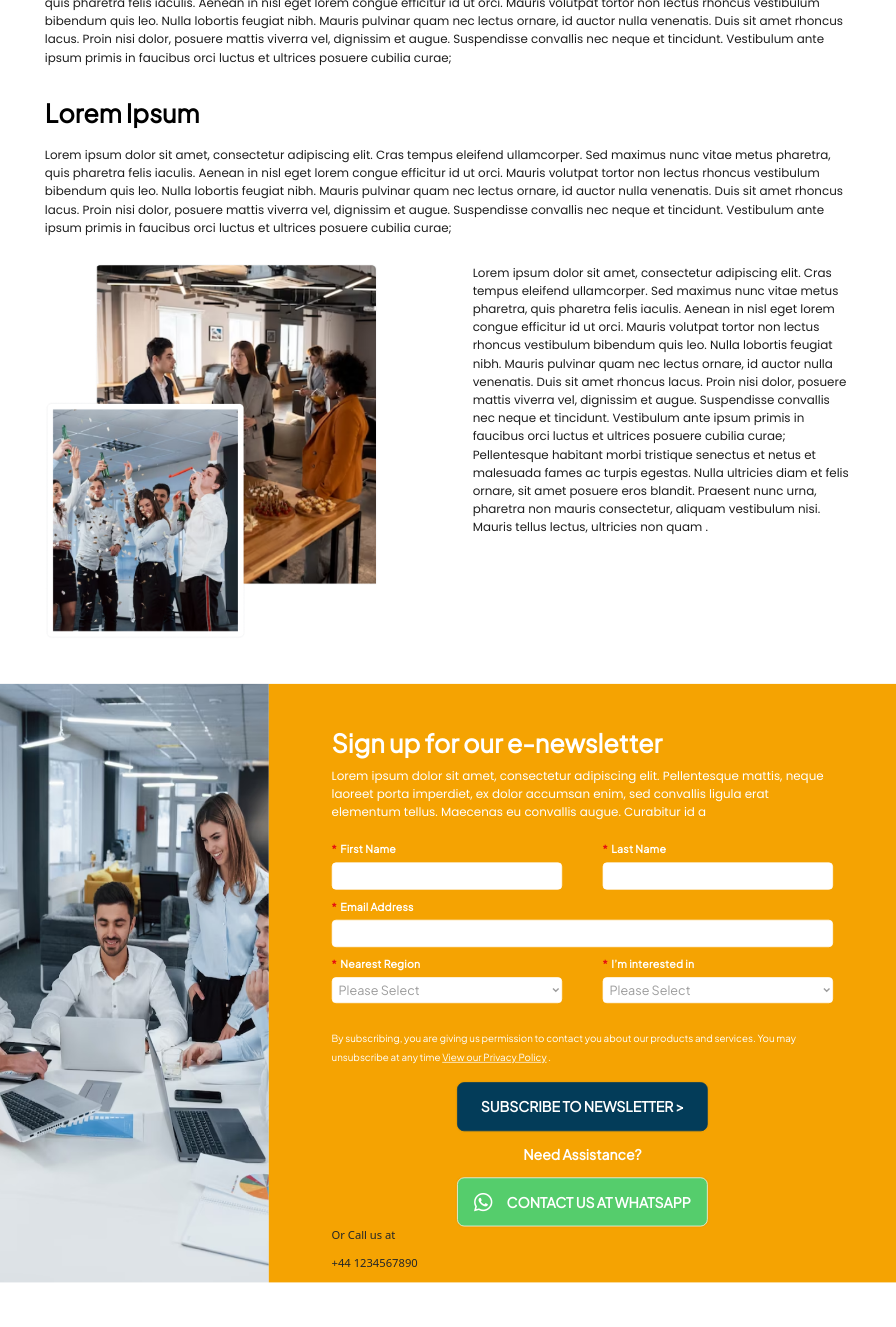
Repository: Akash8377/Hospitality-website
Page: /about-us
The author's editor kept a copy of each file at every save. The page is drawn from the files as they stood at one save, then again after the next save.
The browser window is 1280 px wide. The pictures show the part of the page from y = 830 to 2750 px (the page is 2726 px tall before and 2750 px after), at 70% of full size.
Some web libraries are served in a nearby version. The project was rebuilt for these pictures with package versions that can differ from the ones it lists, and the page was loaded fresh each time. Also part of the build but not shown: src/Component/Partial/heading-cont.js, src/Component/Shared/about-us.js, src/Component/Shared/Banner.js, src/Component/Shared/popular-jobs.js, src/Component/Sliders/ServiceSlider.js, src/Component/Sliders/ReviewSlider.js, src/Component/Partial/index-banner.js, src/Component/Partial/index-buisness-banner.js and 2 more.

Above is the page before, as saved 2023-07-07 12:24:22.

After the next save:
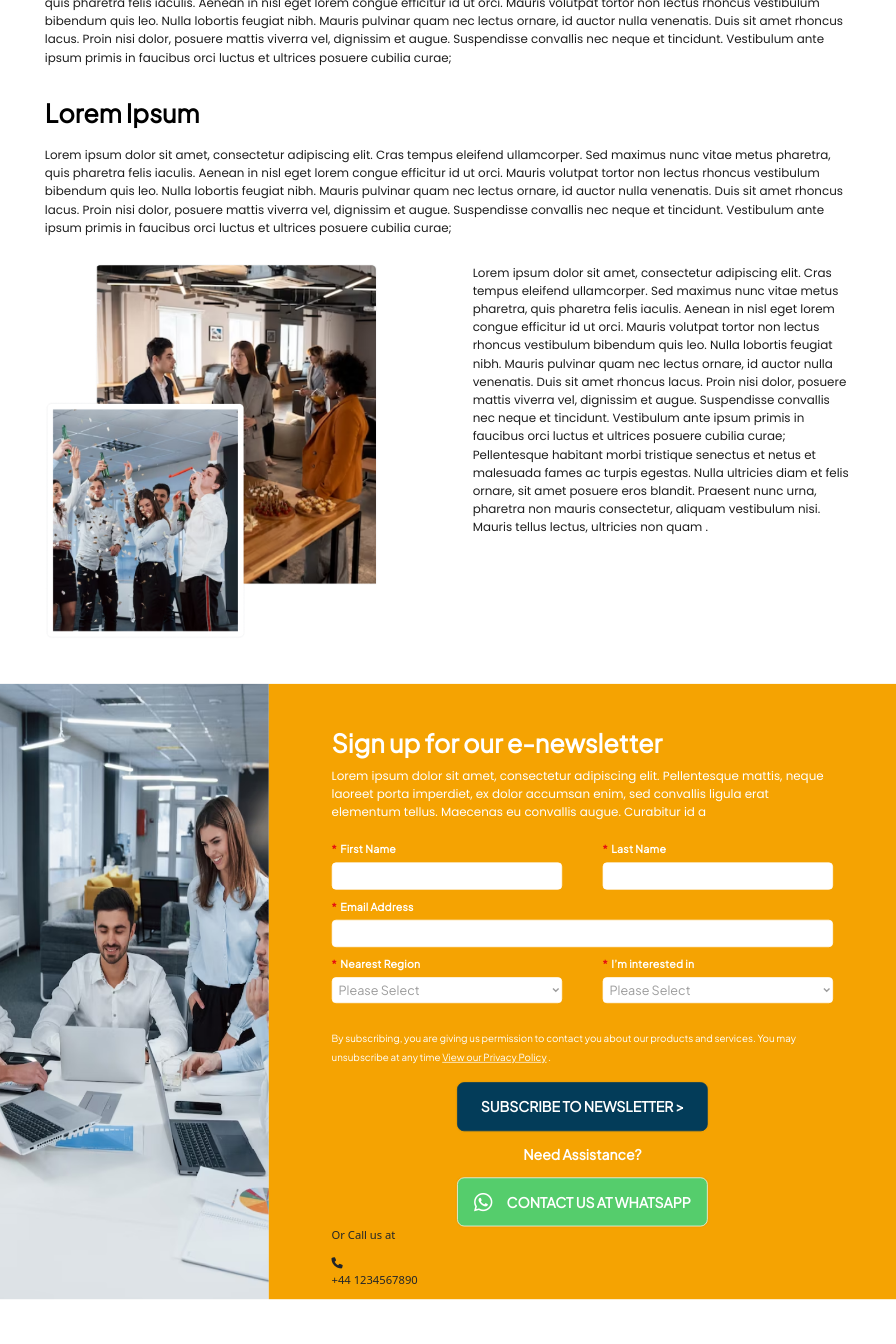
Saved 11 s later.
--- a/src/Component/Partial/About Us Component/Newsletter.js
+++ b/src/Component/Partial/About Us Component/Newsletter.js
@@ -79,6 +79,7 @@ const Newsletter = () => {
 
           <div className="contact_Detail">
           <p>Or Call us at  </p>
+          <i class="fa-solid fa-phone"></i>
           <p>+44 1234567890</p>
           </div>
 
